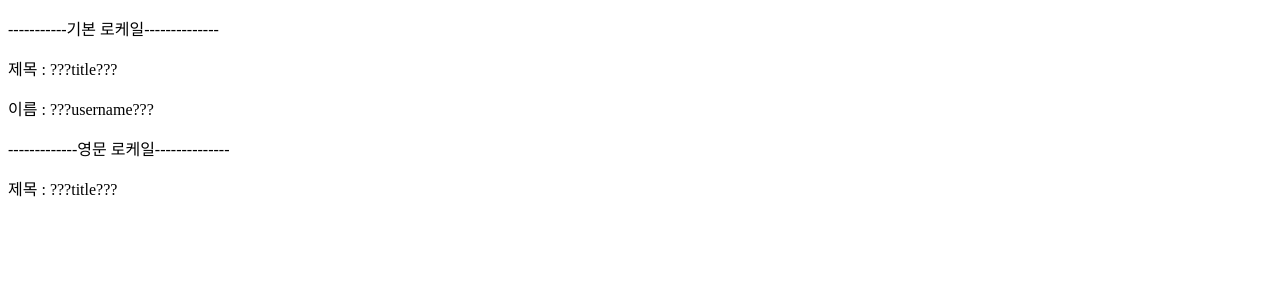
Repository: freedomseok8047/jsp
Page: http://localhost/JSPBook/ch08/jstl_fmt01.jsp
These files come from the project's save history. The page is drawn as it stood at one moment and after the next save; the edit follows.
The browser window is 1280 px wide. The pictures show the whole page.
The page is served by Tomcat 9.

Above is the page before, as saved 2023-08-29 07:15:13.

After the next save:
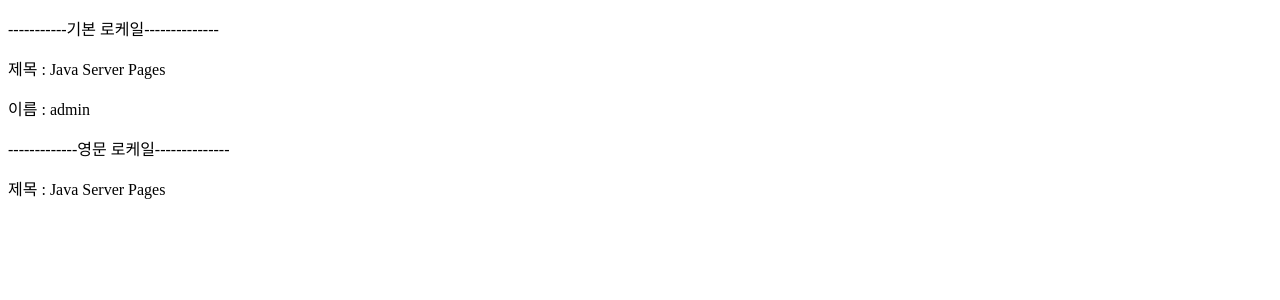
Saved 3 min 36 s later.
--- a/JSPBook/src/main/webapp/ch08/jstl_fmt01.jsp
+++ b/JSPBook/src/main/webapp/ch08/jstl_fmt01.jsp
@@ -9,14 +9,14 @@
 </head>
 <body>
 	<p>-----------기본 로케일--------------
-	<fmt:setBundle basename="ch09.com.bunble.myBundle" var="resourceBundle" />
+	<fmt:setBundle basename="ch09.com.bundle.myBundle" var="resourceBundle" />
 	<p> 제목 : <fmt:message key="title" bundle="${resourceBundle}"/>
 	<p> <fmt:message key ="username" var="userMsg" bundle="${resourceBundle}" />
 		이름 : ${userMsg}
 
 	<p>-------------영문 로케일--------------
 	<fmt:setLocale value="en"/>
-	<fmt:setBundle basename="ch09.com.bunble.myBundle" var="resourceBundle" />
+	<fmt:setBundle basename="ch09.com.bundle.myBundle" var="resourceBundle" />
 	<p> 제목 : <fmt:message key="title" bundle="${resourceBundle}"/>
 	<p> <fmt:message key ="username" var="userMsg" bundle="${resourceBundle}" />
 </body>
